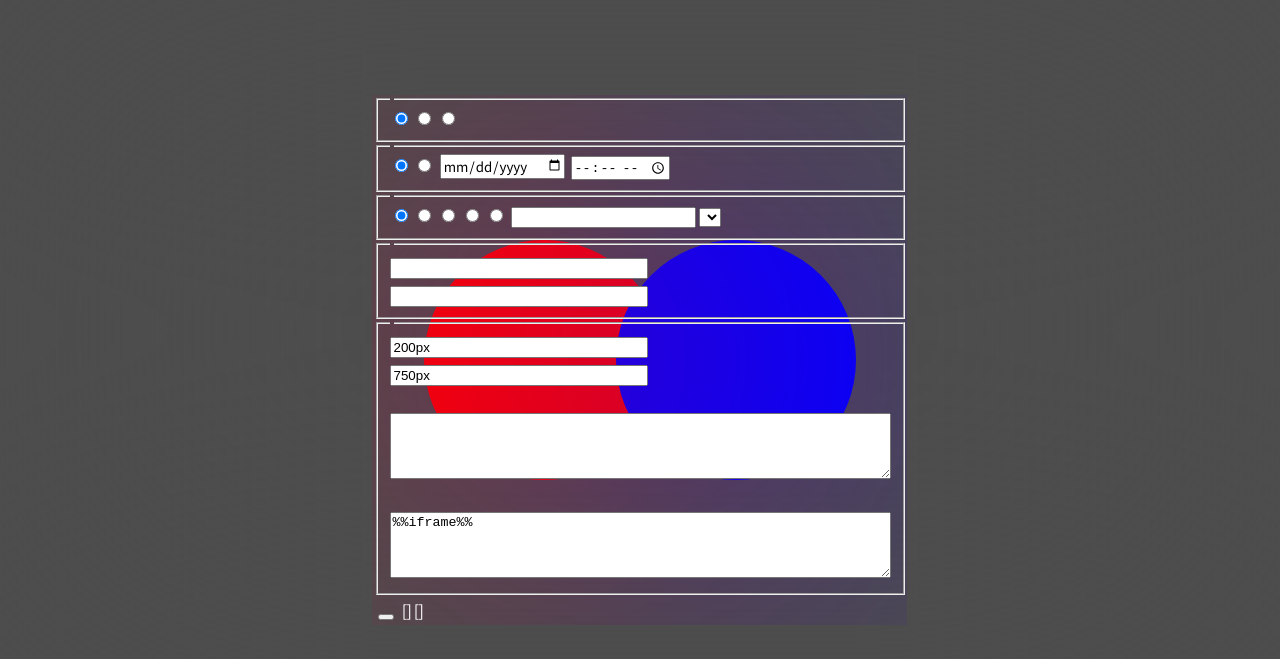
Repository: cirisus/ArknighTimer
Page: timer-selector.html
These files come from the project's save history. The page is drawn as it stood at one moment and after the next save; the edit follows.
The browser window is 1280 px wide. The pictures show the whole page.
Some web fonts or font styles are not loaded; a fallback is used.

Above is the page before, as saved 2024-03-08 22:19:26.

After the next save:
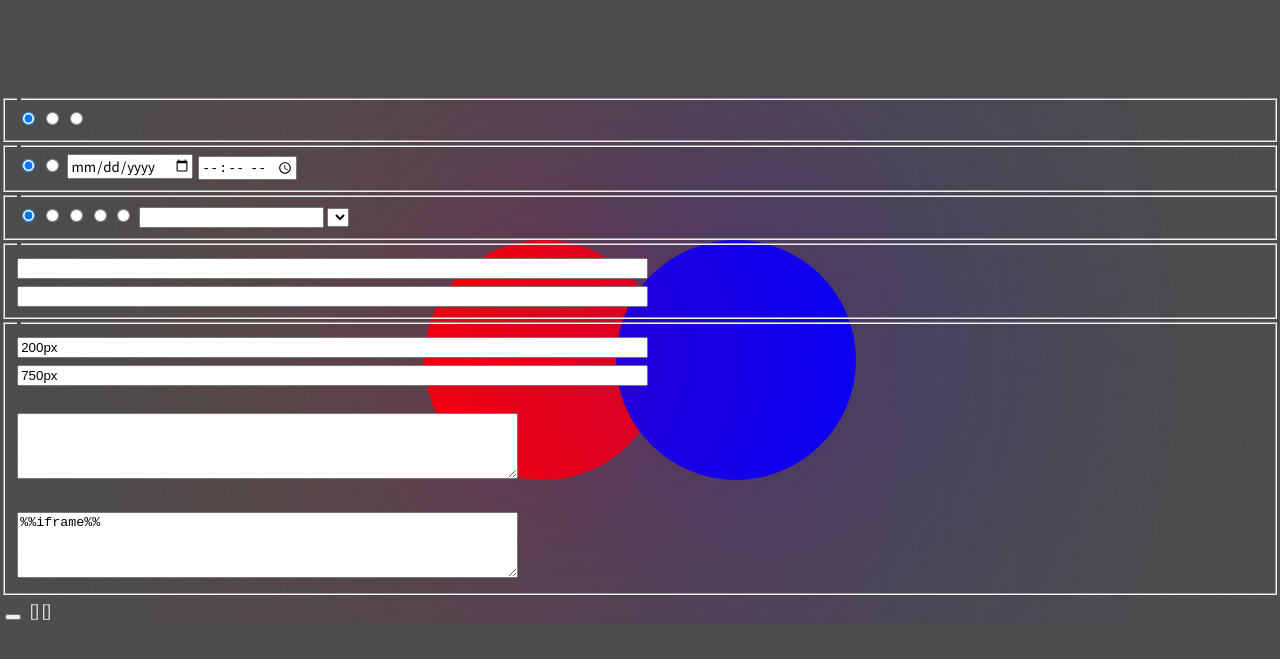
Saved 32 s later.
--- a/timer-selector.css
+++ b/timer-selector.css
@@ -62,6 +62,8 @@
   }
 }
 #form {
+  margin: auto;
+  width: 100%;
   -webkit-backdrop-filter: blur(10rem);
   backdrop-filter: blur(10rem);
 }
